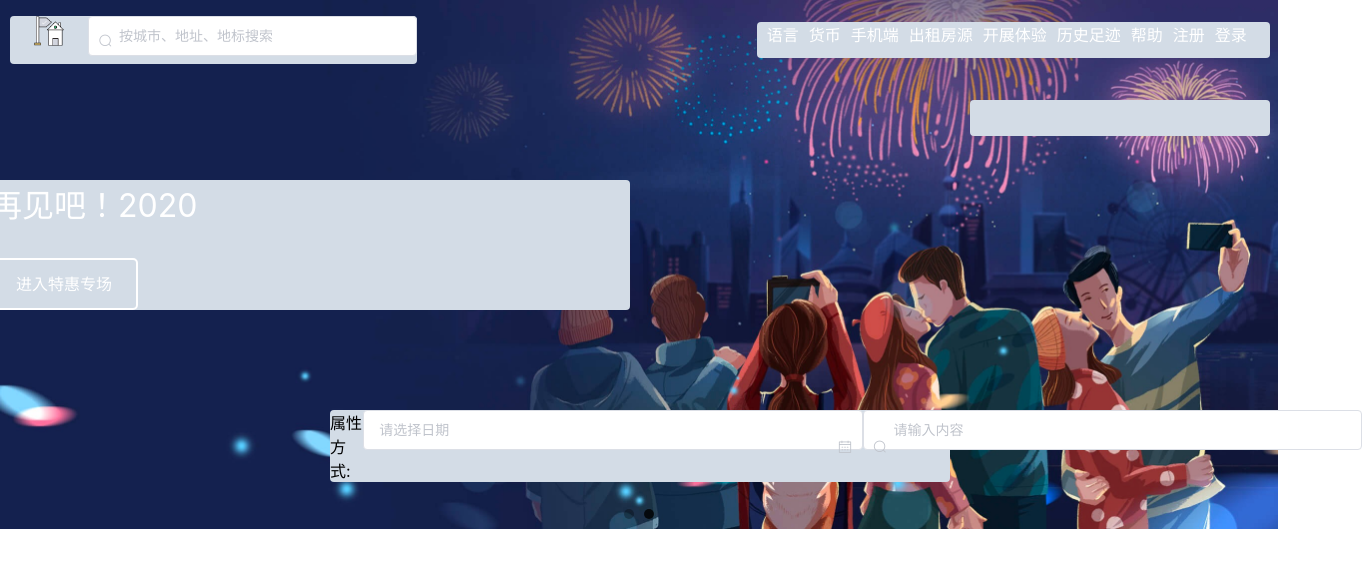
Repository: yz1181214391/my-airbnb
Page: /
These files come from the project's save history. The page is drawn as it stood at one moment and after the next save; the edit follows.
The browser window is 1280 px wide. The page is 1362 px wide, so the pictures cover 1362 px, including what lies to the right of the window. The pictures show the whole page.
The project was rebuilt for these pictures with package versions that can differ from the ones it lists, and the page was loaded fresh each time. Also part of the build but not shown: src/views/Language.vue, src/views/Currency.vue, src/views/Enter.vue, src/views/Experience.vue, src/views/Help.vue, src/views/History.vue, src/views/Mobile.vue, src/views/Register.vue and 1 more.

Above is the page before, as saved 2020-12-11 10:52:01.

After the next save:
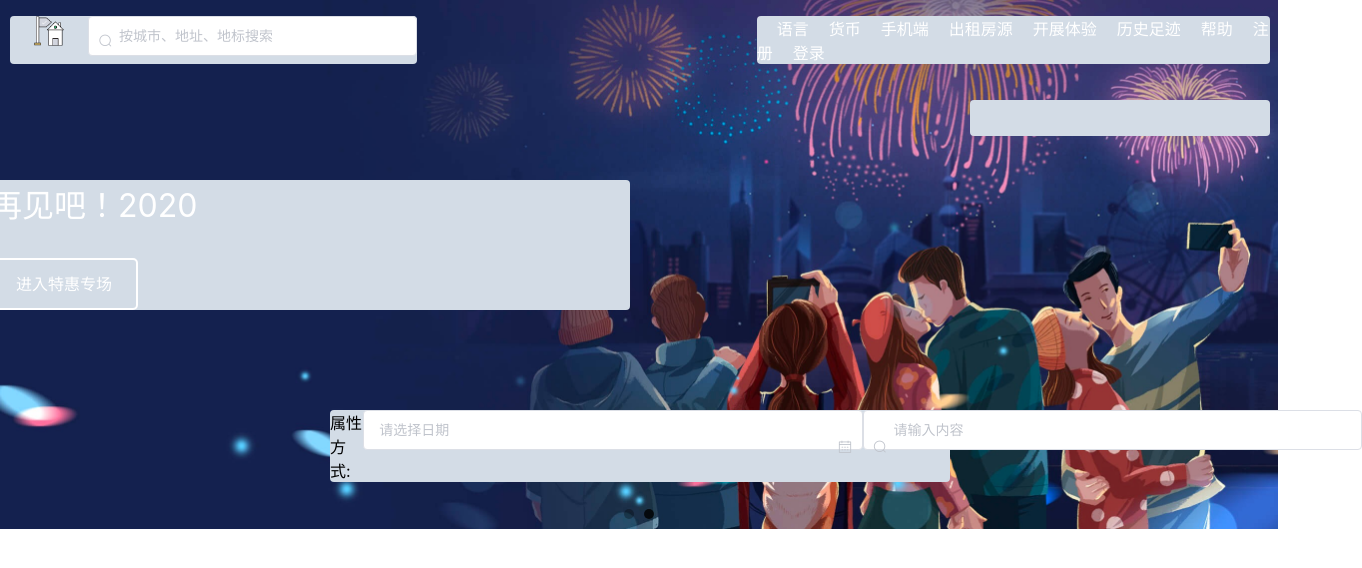
Saved 8 s later.
--- a/src/components/Header.vue
+++ b/src/components/Header.vue
@@ -132,7 +132,7 @@ export default {
   margin: 32px 0;
 }
 .nav-box > a{
-  margin-left: 10px;
+  margin-left: 20px;
   color: #fff;
 }
 </style>
